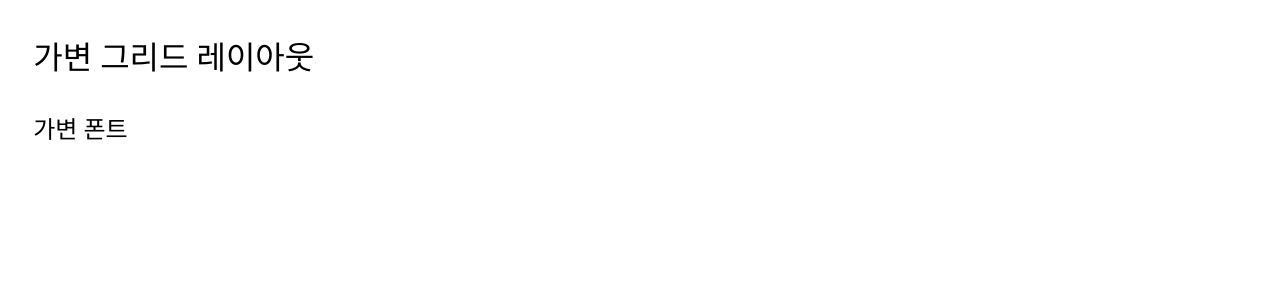
Repository: b1996om/HTML-CSS_study
Page: pro09/public/grid-rem.html
The author's editor kept a copy of each file at every save. The page is drawn from the files as they stood at one save, then again after the next save.
The browser window is 1280 px wide. The pictures show the whole page.

Above is the page before, as saved 2022-12-09 03:29:31.

After the next save:
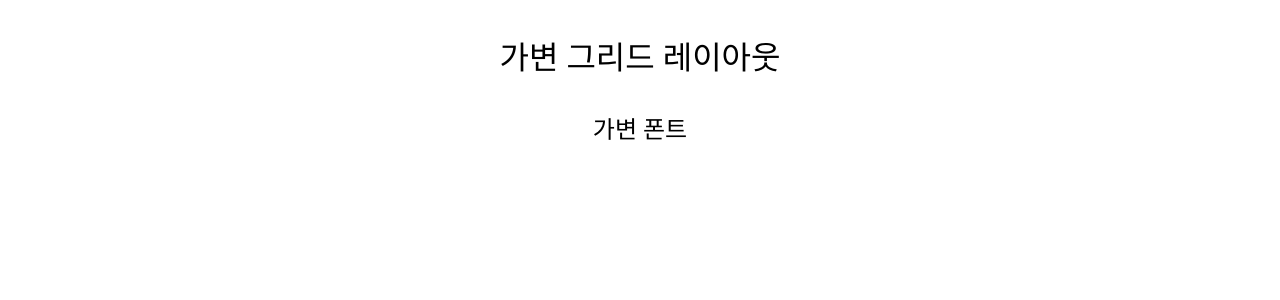
Saved 19 min 6 s later.
--- a/pro09/public/grid-rem.html
+++ b/pro09/public/grid-rem.html
@@ -11,7 +11,7 @@
 		}
 		.header-text {
 			font-size:2rem;
-			text-aglign:center;
+			text-align:center;
 		}
 		.f-text {
 			font-size:1.5rem;
